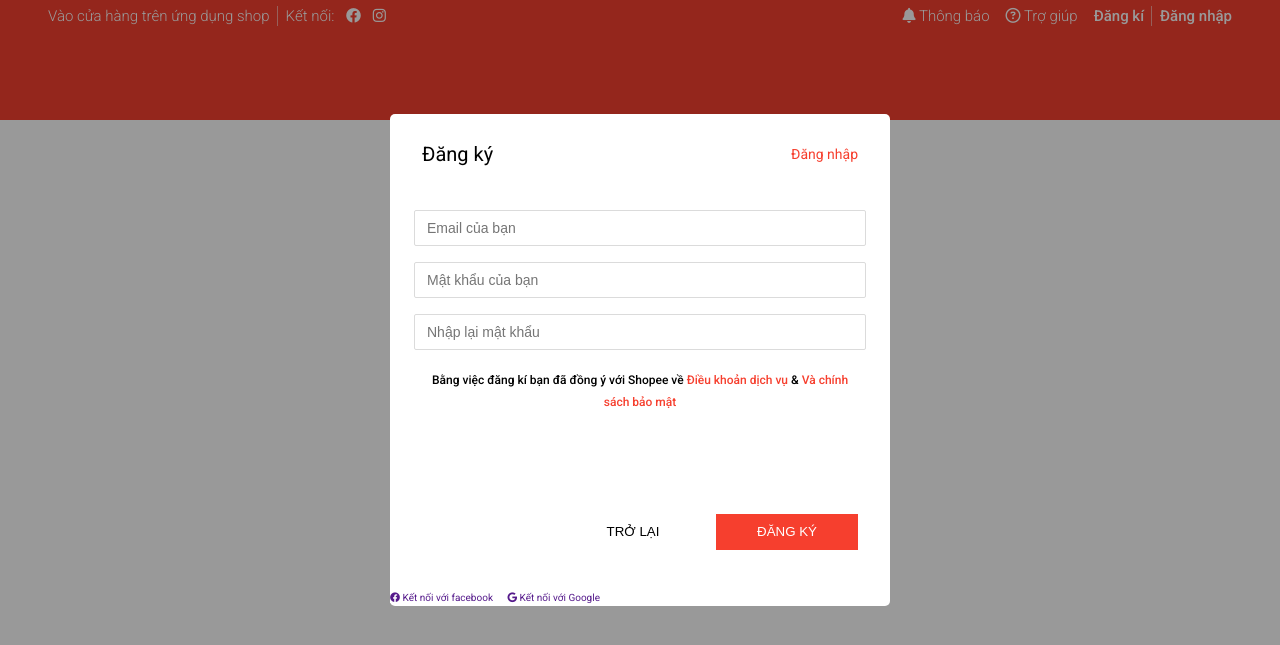
Repository: nguyenhoang2002062929/shoppee
Page: index.html
An editor plug-in stored every save of this project. The page is shown before and after the next save, followed by the edit.
The browser window is 1280 px wide. The pictures show the whole page.

Above is the page before, as saved 2023-06-20 11:07:45.

### index.html
<!DOCTYPE html>
<html lang="en">
<head>
    <meta charset="UTF-8">
    <meta name="viewport" content="width=device-width, initial-scale=1.0">
    <title>Document</title>

    <link rel="stylesheet" href="./assets/css/base.css">
    <link rel="stylesheet" href="./assets/css/main.css">
    <link href="https://fonts.googleapis.com/css2?family=Roboto:wght@100;300;400;500;700&display=swap" rel="stylesheet">
    <link rel="stylesheet" href="https://cdnjs.cloudflare.com/ajax/libs/font-awesome/6.4.0/css/all.min.css" integrity="sha512-iecdLmaskl7CVkqkXNQ/ZH/XLlvWZOJyj7Yy7tcenmpD1ypASozpmT/E0iPtmFIB46ZmdtAc9eNBvH0H/ZpiBw==" crossorigin="anonymous" referrerpolicy="no-referrer" />

</head>
<body>
    <div class="app">
        <!-- header -->
        <div class="header">
            <div class="gird">

                <nav class="header__nav">
                    <ul class="header__nav-list">
                        <li class="header__nav-item header__nav-item--separate header__nav-item--hover-qr ">Vào cửa hàng trên ứng dụng shop
                            <!-- header qr code -->
                            <div class="header__qr-code">
                                <img src="./assets/img/qr_code.png" alt="" class="header__qr-code-img">
                                <div class="header__qr-code-app">
                                    <img src="./assets/img/googplay.png" alt="" class="header__app">
                                    <img src="./assets/img/appStore.png" alt="" class="header__app">
                                </div>
                            </div>
                        </li>
                        <li class="header__nav-item">
                            <span>Kết nối:</span>
                            <a href="" class="header_nav-item-icon"> <i class="fab fa-facebook"></i></a>
                            <a href="" class="header_nav-item-icon"> <i class="fab fa-instagram"></i></a>
                        </li>
                    </ul>

                    <ul class="header__nav-list">
                        <li class="header__nav-item header__nav-item--notify "><a class="header__nav-item-link" href=""><i class="fas fa-bell"></i> Thông báo</a>
                           <!-- notify -->
                           <div class="header__notify">
                                <div class="header__notify-header">
                                    <h3 class="notify__title">Thông Báo Mới Nhận</h3>
                                </div>
                                <ul class="notify__list">
                                    <li class="notify__list-item notify__list-item--view">
                                        <img src="https://cf.shopee.vn/file/d52c8e2d6975e3175edda97f317e21cb_tn" alt="" class="notify__list-item-img">
                                        <div class="notify__list-item-text">
                                            <p class="notify__list-item-text-big">Nhanh tay săn ngay mỹ phẩm F8 vào ngày 8/3 để nhận nhiều ưu đãi</p>
                                            <p class="notify__list-item-text-small">Thương hiệu mỹ phẩm đến từ F8, sáng mịn da tự tin ra đường bảo đảm trai bu như kiến hiện đang giảm giá 99% chỉ còn 1k</p>
                                        </div>
                                    </li>
                                    <li class="notify__list-item">
                                        <img src="https://cf.shopee.vn/file/d52c8e2d6975e3175edda97f317e21cb_tn" alt="" class="notify__list-item-img">
                                        <div class="notify__list-item-text">
                                            <p class="notify__list-item-text-big">Nhanh tay săn ngay mỹ phẩm F8 vào ngày 8/3 để nhận nhiều ưu đãi</p>
                                            <p class="notify__list-item-text-small">Thương hiệu mỹ phẩm đến từ F8, sáng mịn da tự tin ra đường bảo đảm trai bu như kiến hiện đang giảm giá 99% chỉ còn 1k</p>
                                        </div>
                                    </li>
                                    <li class="notify__list-item">
                                        <img src="https://cf.shopee.vn/file/d52c8e2d6975e3175edda97f317e21cb_tn" alt="" class="notify__list-item-img">
                                        <div class="notify__list-item-text">
                                            <p class="notify__list-item-text-big">Nhanh tay săn ngay mỹ phẩm F8 vào ngày 8/3 để nhận nhiều ưu đãi</p>
                                            <p class="notify__list-item-text-small">Thương hiệu mỹ phẩm đến từ F8, sáng mịn da tự tin ra đường bảo đảm trai bu như kiến hiện đang giảm giá 99% chỉ còn 1k</p>
                                        </div>
                                    </li>
                                    <li class="notify__list-item notify__list-item--view">
                                        <img src="https://cf.shopee.vn/file/d52c8e2d6975e3175edda97f317e21cb_tn" alt="" class="notify__list-item-img">
                                        <div class="notify__list-item-text">
                                            <p class="notify__list-item-text-big">Nhanh tay săn ngay mỹ phẩm F8 vào ngày 8/3 để nhận nhiều ưu đãi</p>
                                            <p class="notify__list-item-text-small">Thương hiệu mỹ phẩm đến từ F8, sáng mịn da tự tin ra đường bảo đảm trai bu như kiến hiện đang giảm giá 99% chỉ còn 1k</p>
                                        </div>
                                    </li>
                                </ul>
                                <div class="header__notify-footer">Xem tất cả</div>
                            </div>
                        </li>
                        <li class="header__nav-item"><a class="header__nav-item-link" href=""><i class="far fa-question-circle"></i> Trợ giúp</a></li>
                        <li class="header__nav-item header__nav-item--strong header__nav-item--separate">Đăng kí</li>
                        <li class="header__nav-item header__nav-item--strong">Đăng nhập</li>
                    </ul>
                </nav>
            </div>
        </div>

        <!-- container -->
        <div class="container">

        </div>

        <!-- footer -->
        <div class="footer">

        </div>
    </div>

    <!-- modal layout -->
    <div class="modal">
        <div class="modal__overlay"></div>
        <div class="modal__body">
                <!-- Authen form -->
            <div class="auth-form">
                <div class="auth-form__container">
                    <div class="auth-form__header">
                        <h3 class="auth-form__heading">Đăng ký</h3>
                        <span class="auth-form__switch-btn">Đăng nhập</span>
                    </div>
                    <div class="auth-form__form">
                        <div class="auth-form__group">
                            <input type="text" class="auth-form__input" placeholder="Email của bạn">
                        </div>
                        <div class="auth-form__group">
                            <input type="password" class="auth-form__input" placeholder="Mật khẩu của bạn">
                        </div>
                        <div class="auth-form__group">
                            <input type="password" class="auth-form__input" placeholder="Nhập lại mật khẩu">
                        </div>
                    </div>

                    <div class="auth-form__aside">
                        <p class="auth-form__policy-text">Bằng việc đăng kí bạn đã đồng ý với Shopee về
                            <a href="" class="auth-form__text-link">Điều khoản dịch vụ</a> & <a href="" class="auth-form__text-link">Và chính sách bảo mật</a>
                        </p>
                    </div>
                <div class="auth-form__controls">
                        <button class="btn">TRỞ LẠI</button>
                        <button class="btn btn--primary">ĐĂNG KÝ</button>
                </div>
            </div>
            <div class="auth-form__social">
                <a href="" class="btn btn--with-icon"><i class="fa-brands fa-facebook"></i> Kết nối với facebook</a>
                <a href="" class="btn btn--with-icon"><i class="fa-brands fa-google"></i> Kết nối với Google</a>
            </div>
            </div>

        </div>
    </div>
</body>
</html>

### assets/css/base.css
:root{
    --white-color: #fff;
    --black-color: #000;
    --text-color: #333;
    --color-main: #f63f2e;
    --boder-color: #dbdbdb
}
*{
    box-sizing: inherit;
    margin: 0;
    padding: 0;
}
html{
    font-size: 62.5%;
    line-height: 1.6rem;
    font-family: 'Roboto', sans-serif;
    box-sizing: border-box;
}
.gird{
    width: 1200px;
    max-width: 1200px;
    margin: 0 auto;
}
.gird__full-width{
    width: 100%;
}
.gird__row{
    display: flex;
    flex-wrap: wrap;
}

/* button */
.btn{
    min-width: 142px;
    height: 36px;
    text-decoration: none;
    border: none;
    background-color: var(--white-color);
}
.btn ~ .btn{
    margin-left: 12px;
}
.btn.btn--primary{
    background-color: var(--color-main);
    color: var(--white-color);
}

### assets/css/main.css

.header{
    width: 100%;
    height: 120px;
    background-color: #f63f2e;
}
.header__nav{
    display: flex;
    justify-content: space-between;

}
.header__nav-list{
    display: flex;
}
.header__nav-item{
    position: relative;
    display: block;
    font-size: 15px;
    color:  var(--white-color);
    text-decoration: none;
    list-style-type: none;
    font-weight: 300;
    margin: 0px 8px;
    cursor: pointer;
    padding: 8px 0;
}
.header_nav-item-icon{
    text-decoration: none;
    color: var(--white-color);
    margin-left: 8px;
}
.header__nav-item-link{
    text-decoration: none;
    color: var(--white-color);
}
.header__nav-item--strong{
    font-weight: 500;
}
.header__nav-item--separate::after{
    content: "";
    height: 20px;
    color: #fff;
    opacity: 0.5;
    border-left: 1px solid #fff;
    position: absolute;
    top: 50%;
    right: -8px;
    transform: translateY(-50%);
}
.header_nav-item-icon:hover,
.header__nav-item:hover,
.header__nav-item-link:hover{
    color: rgba(255, 255, 255, 0.7);
}
.header__nav-item span{
    cursor: default;
    color: var(--white-color);
}
/* <!-- header qr code --> */
.header__qr-code{
    position: absolute;
    width: 186px;
    background-color: var(--white-color);
    left: 0;
    padding: 8px;
    display: none;
    margin-top: 8px;
    animation: inFace ease 0.4s;
}
.header__qr-code-img{
    width: 100%;
}
.header__qr-code-app{
    display: flex;
    justify-content: space-evenly;
}
.header__app{
    height: 16px;
}
.header__nav-item--hover-qr:hover .header__qr-code{
    display: block;
}
@keyframes inFace{
    from{
        opacity: 0;
    }
    to{
        opacity: 1;
    }
}
/* notify */
.header__notify{
    position: absolute;
    width: 404px;
    background-color: #fff;
    right: 0;
    top: 100%;
    border: 1px solid #ddd;
    border-radius: 2px;
    display: none;
    transform-origin: 90% top;
    animation: headerNotify ease-in 0.2s;
    will-change: opacity , transform;
}
@keyframes headerNotify{
    from{
        opacity: 0;
        transform: scale(0);
    }
    to{
        opacity: 1;
        transform: scale(1);
    }
}
.header__notify::before{
    position: absolute;
    content: "";
    border-width: 20px 35px;
    border-style: solid;
    border-color: transparent transparent #fff transparent;
    top: -28px;
    right: 12px;
}
.header__notify-header{
    display: block;
}
.notify__title{
    color:#333;
    font-weight: 300;
    font-size: 1.5rem;
    padding: 8px;
}
.notify__list{
}
.notify__list-item{
    position: relative;
    display: flex;
    color: #000;
    padding-bottom: 8px;
    padding-top: 8px;
}
.notify__list-item-img{
    top: 0;
    width: 48px;
    align-self: flex-start;
    padding: 2px 8px;
    display: inline;
}
.notify__list-item-text-big{
    font-size: 16px;
    font-weight: 400;
    text-overflow: 2px;
    line-height: 1.5;
}
.notify__list-item-text-small{
    font-size: 12px;
    font-weight: 300;
    color: #333;
    margin-top: 4px;
    line-height: 1.4;
}

.header__notify-footer{
    color: #333;
    text-align: center;
    padding: 8px 0;
    display: block;
}
.notify__list-item--view{
    background-color: rgba(239, 187, 176, 0.2)
}
.header__nav-item--notify:hover .header__notify {
    display: block;
}
.notify__list-item--view:hover{
    background-color: #ddd;
}
/* modal-overlay */
.modal{
    position: absolute;
    top: 0;
    bottom: 0;
    right: 0;
    left: 0;
    display: flex;
}
.modal__overlay{
    position: absolute;
    width: 100%;
    height: 100%;
    background-color:rgba(0, 0, 0, 0.4);
}
.modal__body{
    background-color: #fff;
    z-index: 1;
    margin: auto;
    border-radius: 5px;
}
/* authen form */
.auth-form{
    width: 500px;
}
.auth-form__container{
    padding: 0 32px;
}
.auth-form__header{
    display: flex;
    justify-content: space-between;
    padding: 32px 0;
}
.auth-form__heading{
    font-size: 2rem;
    font-weight: 400;
    color: var(--test-color);
}
.auth-form__switch-btn{
    font-size: 1.4rem;
    color: var(--color-main);
    font-weight: 400;
}
.auth-form__form{
    margin-top: 16px;
}
.auth-form__group{
    margin-left: -8px;
    margin-right: -8px;
}
.auth-form__input{
    width: 100%;
    height: 36px;
    margin-bottom: 16px;
    border: 1px solid var(--boder-color);
    border-radius: 2px;
    font-size: 1.4rem;
    padding: 0 12px;
    outline: none;
}
.auth-form__input:focus{
    border-color: #888;
}
.auth-form__aside{
    margin-top: 4px;
    padding: 0 -16px;
}
.auth-form__policy-text{
    font-size: 1.2rem;
    line-height: 1.8;
    text-align: center;
    font-weight: 500;
}
.auth-form__text-link{
    text-decoration: none;
    color: var(--color-main);
}
.auth-form__controls{
    display: flex;
    margin-top: 100px;
    justify-content: flex-end;
}
.auth-form__social{
    margin-top: 40px;
}

After the next save:
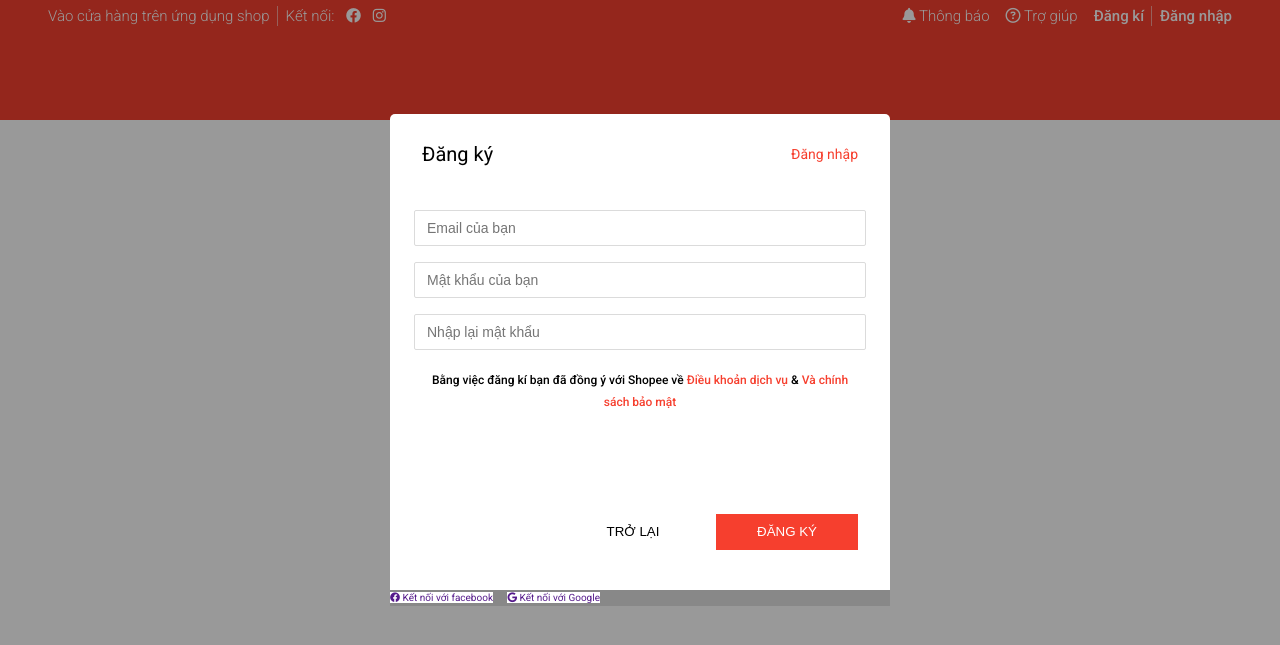
Saved 13 s later.
--- a/assets/css/main.css
+++ b/assets/css/main.css
@@ -259,4 +259,5 @@
 }
 .auth-form__social{
     margin-top: 40px;
-}
+    background-color: #888;
+}
